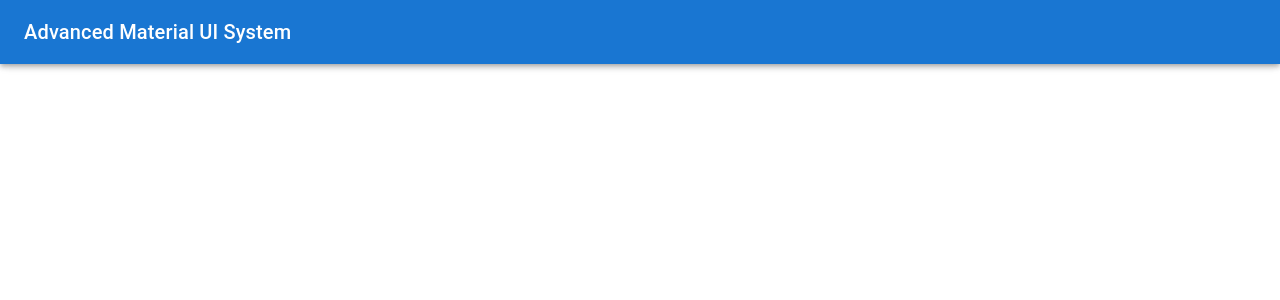
Repository: knowledgeAlan/react-mui
Page: /
An editor plug-in stored every save of this project. The page is shown before and after a run of saves, followed by the edit.
The browser window is 1280 px wide. The pictures show the whole page.
The project was rebuilt for these pictures with package versions that can differ from the ones it lists, and the page was loaded fresh each time. Also part of the build but not shown: vite.config.ts.

Above is the page before, as saved 2025-01-20 18:22:51.

### src/App.tsx
import { useState } from 'react'
import reactLogo from './assets/react.svg'
import viteLogo from '/vite.svg'
import './App.css'
import NavDrawer from './components/Scaffold/NaviDrawer'

function App() {


  return (
    <>
      <NavDrawer/>
    </>
  )
}

export default App

### src/App.css
#root {
  max-width: 1280px;
  /* margin: 0 auto; */
  /* padding: 2rem; */
  /* text-align: center; */
}

.logo {
  height: 6em;
  padding: 1.5em;
  will-change: filter;
  transition: filter 300ms;
}
.logo:hover {
  filter: drop-shadow(0 0 2em #646cffaa);
}
.logo.react:hover {
  filter: drop-shadow(0 0 2em #61dafbaa);
}

@keyframes logo-spin {
  from {
    transform: rotate(0deg);
  }
  to {
    transform: rotate(360deg);
  }
}

@media (prefers-reduced-motion: no-preference) {
  a:nth-of-type(2) .logo {
    animation: logo-spin infinite 20s linear;
  }
}

.card {
  padding: 2em;
}

.read-the-docs {
  color: #888;
}

### src/components/Scaffold/NaviDrawer.tsx
import { AppBar,Drawer, Toolbar, Typography } from "@mui/material"

export default function NavDrawer(){
    return (<>

        <AppBar position="fixed">
            <Toolbar>
                <Typography variant="h6" noWrap>
                    Advanced Material UI System
                </Typography>
            </Toolbar>
        </AppBar>

        <Drawer variant="temporary">

        </Drawer>
        <main>

        </main>
    </>)
}

Loaded but not shown: index.html (common file); src/main.tsx (common file); src/index.css (common file)

After the next 3 saves:
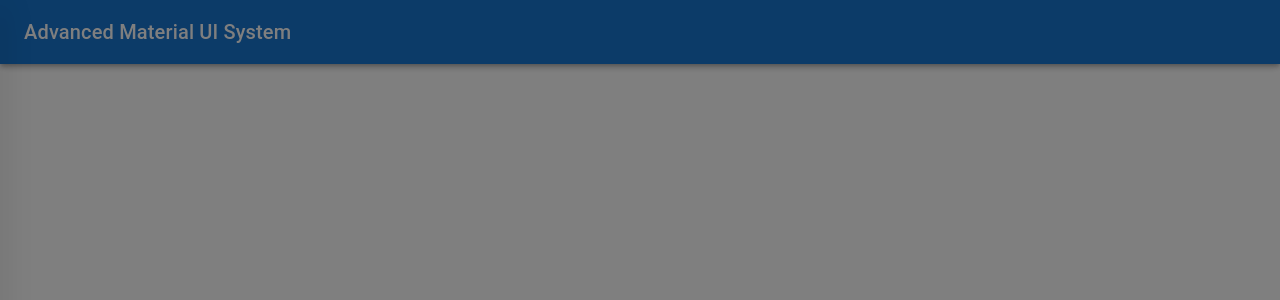
The 3 saves are shown as one change because 1 did not build or start and some came seconds apart.
The last was saved 12 s later.
--- a/src/components/Scaffold/NaviDrawer.tsx
+++ b/src/components/Scaffold/NaviDrawer.tsx
@@ -11,7 +11,7 @@ export default function NavDrawer(){
             </Toolbar>
         </AppBar>
 
-        <Drawer variant="temporary">
+        <Drawer variant="temporary" open={true}>
 
         </Drawer>
         <main>
